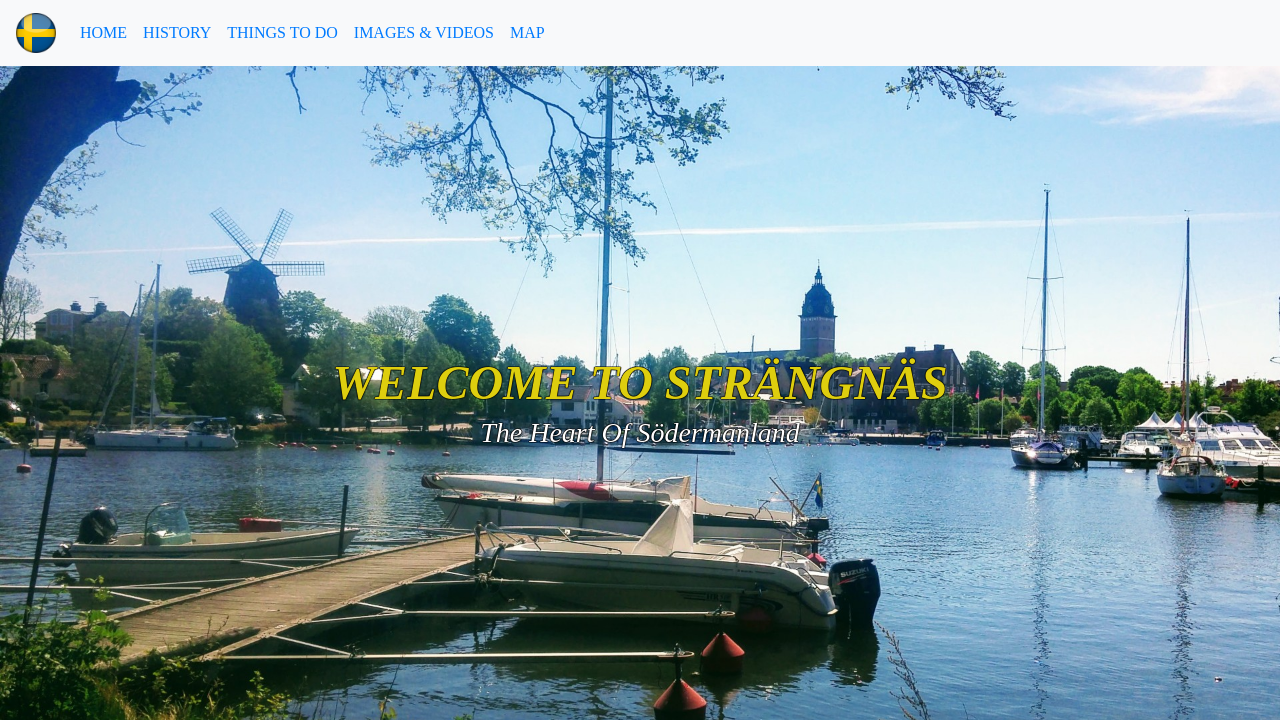
Repository: kososwede/first-project
Page: index.html
The author's editor kept a record of every edit. The page is drawn from the files as they stood at one moment, then again after the next edit.
The browser window is 1280 px wide. The pictures show the whole page.
An inner scrolling area shows only its first screen. Some web fonts or font styles are not loaded; a fallback is used. Some web libraries are served in a nearby version.

Above is the page before.

### index.html
<!DOCTYPE html>
<html lang="en">
<head>
  <meta charset="UTF-8">
  <meta name="viewport" content="width=device-width, initial-scale=1.0">
  <meta http-equiv="X-UA-Compatible" content="ie=edge">
  <link rel="stylesheet" href="https://stackpath.bootstrapcdn.com/bootstrap/4.3.1/css/bootstrap.min.css" integrity="sha384-ggOyR0iXCbMQv3Xipma34MD+dH/1fQ784/j6cY/iJTQUOhcWr7x9JvoRxT2MZw1T" crossorigin="anonymous">
  <link rel="stylesheet" href="https://stackpath.bootstrapcdn.com/font-awesome/4.7.0/css/font-awesome.min.css" type="text/css" />
  <link rel="stylesheet" href="https://cdnjs.cloudflare.com/ajax/libs/ionicons/2.0.1/css/ionicons.min.css">
  <link rel="stylesheet" href="https://cdnjs.cloudflare.com/ajax/libs/hover.css/2.3.1/css/hover-min.css" integrity="sha256-c+C87jupO1otD1I5uyxV68WmSLCqtIoNlcHLXtzLCT0=" crossorigin="anonymous" />
  <link rel="stylesheet" href="assets/css/style.css" type="text/css" />

  <title>Welcome To Strängnäs</title>

</head>

<body>



  <!--nav--->

  <nav class="navbar navbar-expand-lg navbar-light bg-light">
  <a class="navbar-brand" href="index.html"><img class="image-size" src="assets/images/sweden-flag-png-1.png"></img></a>
  <button class="navbar-toggler" type="button" data-toggle="collapse" data-target="#navbarNavAltMarkup" aria-controls="navbarNavAltMarkup" aria-expanded="false" aria-label="Toggle navigation">
    <span class="navbar-toggler-icon"></span>
  </button>
  <div class="collapse navbar-collapse" id="navbarNavAltMarkup">
    <div class="navbar-nav">
      <a class="nav-item nav-link text-primary" href="index.html">HOME<span class="sr-only">(current)</span></a>
      <a class="nav-item nav-link text-primary" href="history.html">HISTORY</a>
      <a class="nav-item nav-link text-primary" href="places.html">THINGS TO DO</a>
      <a class="nav-item nav-link text-primary" href="images+videos.html">IMAGES & VIDEOS</a>
      <a class="nav-item nav-link text-primary" href="map.html">MAP</a>
    </div>
  </div>
</nav>

<!--main-->

<header class="masthead d-flex">
    <div class="container text-center my-auto">
      <h1 class="heading mb-1">WELCOME TO STRÄNGNÄS</h1>
      <h3 class="sub-heading mb-5">
        <em>The Heart Of Södermanland</em>
      </h3>
</div>
</header>

<!--footer-->

<div class="footer-basic">
    <footer>
      <div class="social"><a href="#"><i class="icon ion-social-instagram"></i></a><a href="#"><i class="icon ion-social-snapchat"></i></a><a href="#"><i class="icon ion-social-twitter"></i></a><a href="#"><i class="icon ion-social-facebook"></i></a></div>
      <h2>For more information about Strängnäs and the surrounding area search for "Södermanland" in the social media links above or enter your Email below to receive up to date offers and discounts on activities and restaurants in the whole of Södermanland.</h3>
        <form class="form-inline justify-content-center">
          <div class="form-group">
            <input type="email" class="form-control" id="email" aria-describedby="emailHelp" placeholder="Enter email">
            <button type="submit" class="btn btn-primary">Submit</button>
          </div>
        </form>

    </footer>
    <p class="copyright">Chris McIlgrew © 2019</p>

  </div>






    <script src="https://cdnjs.cloudflare.com/ajax/libs/jquery/3.2.1/jquery.min.js"></script>
    <script src="https://cdnjs.cloudflare.com/ajax/libs/twitter-bootstrap/4.1.3/js/bootstrap.bundle.min.js"></script>
</body>






</body>
</html>

### assets/css/style.css
@import url('https://fonts.googleapis.com/css?family=Sniglet&display=swap');
@import url('https://fonts.googleapis.com/css?family=Courgette&display=swap');
@import url('https://fonts.googleapis.com/css?family=DM+Serif+Display&display=swap');
body,
html {
    width: 100%;
    height: 100%;
    overflow-x: hidden;
    background-color:#f8f9fa;

}

body {
    font-family: 'Source Sans Pro';
   }


 /*-------------------------------------navbar--------------------*/
 navbar {
     margin-right: 10px;
 }


.image-size {
    height: 40px;
}

/*------------------------------------landing page------------*/

.masthead {
    min-height: 30rem;
    position: relative;
    display: table;
    width: 100%;
    height: 100%;
    padding-top: 0rem;
    padding-bottom: 0rem;
    background: -webkit-gradient(linear, left top, right top, from(rgba(255, 255, 255, 0.1)), to(rgba(255, 255, 255, 0.1))), url("../images/viewofstrangnas1.jpg");
    background: linear-gradient(90deg, rgba(255, 255, 255, 0.1) 0%, rgba(255, 255, 255, 0.1) 100%), url("../images/viewofstrangnas1.jpg");
    background-image: url(../images/viewofstrangnas1.jpg);
    background-position: center center;
    background-repeat: no-repeat;
    background-size: cover;

}

h1 {
    font-weight: bolder;
    color: #dece0e;
    text-shadow: #000 0px 0px 1px, #000 0px 0px 1px, #000 0px 0px 1px,
    #000 0px 0px 1px, #000 0px 0px 1px, #000 0px 0px 1px;
    font-size: 3rem;

}

h3 {
    color: #fff;
    text-shadow: #000 0px 0px 1px, #000 0px 0px 1px, #000 0px 0px 1px,
    #000 0px 0px 1px, #000 0px 0px 1px, #000 0px 0px 1px;
}

#container {
    padding: 10px;
    margin-left: 0px;
    margin-right: 0px;
    display: inline-block;
    text-align: center;
    width: 100%;

}
p {
    font-weight: bold;
    padding-top: 20px;
    padding-left: 25px;
    padding-right: 25px;
}

hr {
    width: 50%;
}

/*-------------------------------------history*/

.history {
    color: #f8f9fa;
    background-color: #56b3fc;
    text-align: center;
    margin-top: 50px;
}

.history-sub-head1 {
   font-family: 'DM Serif Display', serif;
    padding-left: 10px;
    padding-top: 20px;
    font-size: 35px;
    color: #56b3fc ;
     text-shadow: -1px 0 black, 0 1px black, 1px 0 black, 0 -1px black;
}








/*-------------------------------------places-------------------------*/

.to-do {
    color: #f8f9fa;
    background-color: #56b3fc;
    text-align: center;
    margin-top: 50px;

}

.to-do-sub-head1 {
    font-family: 'DM Serif Display', serif;
    padding-left: 10px;
    padding-top: 20px;
    font-size: 35px;
    color: #56b3fc ;
     text-shadow: -1px 0 black, 0 1px black, 1px 0 black, 0 -1px black;
}



.img-fluid {
    width: 100%;
    height: auto;
}



.col-md-6 {
    padding-top: 20px;
    padding-right: 15px;
    text-align: center;


}




/*-------------------------------------images videos-------------------------*/


/* Style the button and place it in the middle of the container/image */


img .btn {
  position: absolute;
  top: 50%;
  left: 50%;
  transform: translate(-50%, -50%);
  -ms-transform: translate(-50%, -50%);
  background-color: #D5D0CD;
  color: #f8f9fa;
  font-size: 16px;
  padding: 12px 24px;
  border: none;
  cursor: pointer;
  border-radius: 5px;
}

/* Container needed to position the button. Adjust the width as needed */
.container {
  position: relative;
  width: 100%;
   text-align: center;
}
div .container {
   padding-right: 0px;
    padding-left: 0px;
    margin: 0px;
    text-decoration: none;
     background-color: #f8f9fa;
}

/* Make the image responsive */
.container img {
  width: 100%;
  height: auto;
  background-color: #f8f9fa;

}

/* Style the button and place it in the middle of the container/image */
.container .btn {
  position: absolute;
  top: 50%;
  left: 50%;
  transform: translate(-50%, -50%);
  -ms-transform: translate(-50%, -50%);
  background-color: #F9F3F0;
  color: white;
  font-size: 16px;
  padding: 12px 24px;
  border: none;
  cursor: pointer;
  border-radius: 5px;
  transition: ease-in-out;
  transition-duration: 0.5s;
  font-weight: 500;
}

.container .btn:hover {
  background-color: #D5D0CD;


}
.imagesvideos {
    color: #f8f9fa;
    background-color: #56b3fc;
    text-align: center;
    margin-top: 50px;
    }

.col-sm-12 .col-md-6 {
    margin: 5px;
    padding: 20px 15px 0;

}

.col-sm-6 {

    padding-top: 20px;
    padding-right: 15px;
    text-align: center;
}


.embed-responsive-item {
    padding: 20px 15px 0;
}



/*----------------------------------------map-------------------------------*/

.map-container-4{
overflow:hidden;
padding-bottom:56.25%;
position:relative;
height:0;
}
.map-container-4 iframe{
left:0;
top:0;
height:100%;
width:100%;
position:absolute;
}

/*-----------------------------------------footer--*/

.footer-basic {
    padding: 0px 0;
    background-color: #f8f9fa;
    color: #4b4c4d;
}

.footer-basic ul {
    padding-left: 50px;
    padding-right: 50px;
    list-style: none;
    text-align: center;
    font-size: 18px;
    line-height: 1.6;
    margin-bottom: 0;
}

.footer-basic li {
    padding: 0 10px;
}

.footer-basic ul a {
    color: inherit;
    text-decoration: none;
    opacity: 0.8;
}

.footer-basic ul a:hover {
    opacity: 1;
}

.footer-basic .social {
    text-align: center;
    padding-bottom: 25px;
    padding-top: 25px;
}

.footer-basic .social>a {
    font-size: 24px;
    width: 40px;
    height: 40px;
    line-height: 40px;
    display: inline-block;
    text-align: center;
    border-radius: 50%;
    border: 1px solid #ccc;
    margin: 0 8px;
    color: inherit;
    opacity: 0.75;

}

.footer-basic .social>a:hover {
    opacity: 0.9;
}

.footer-basic .copyright {
    margin-top: 15px;
    text-align: center;
    font-size: 13px;
    color: #aaa;
    margin-bottom: 0;
    padding-bottom: 15px;
}

.footer-basic h2 {
    font-size: 25px;
    font-style: italic;
    margin-left: 50px;
    margin-right: 50px;
    text-align: center;
}

btn {
    margin-top: 0;
}

.text-center {
    font-style: italic;
    color:#56b3fc;
}

After the next edit:
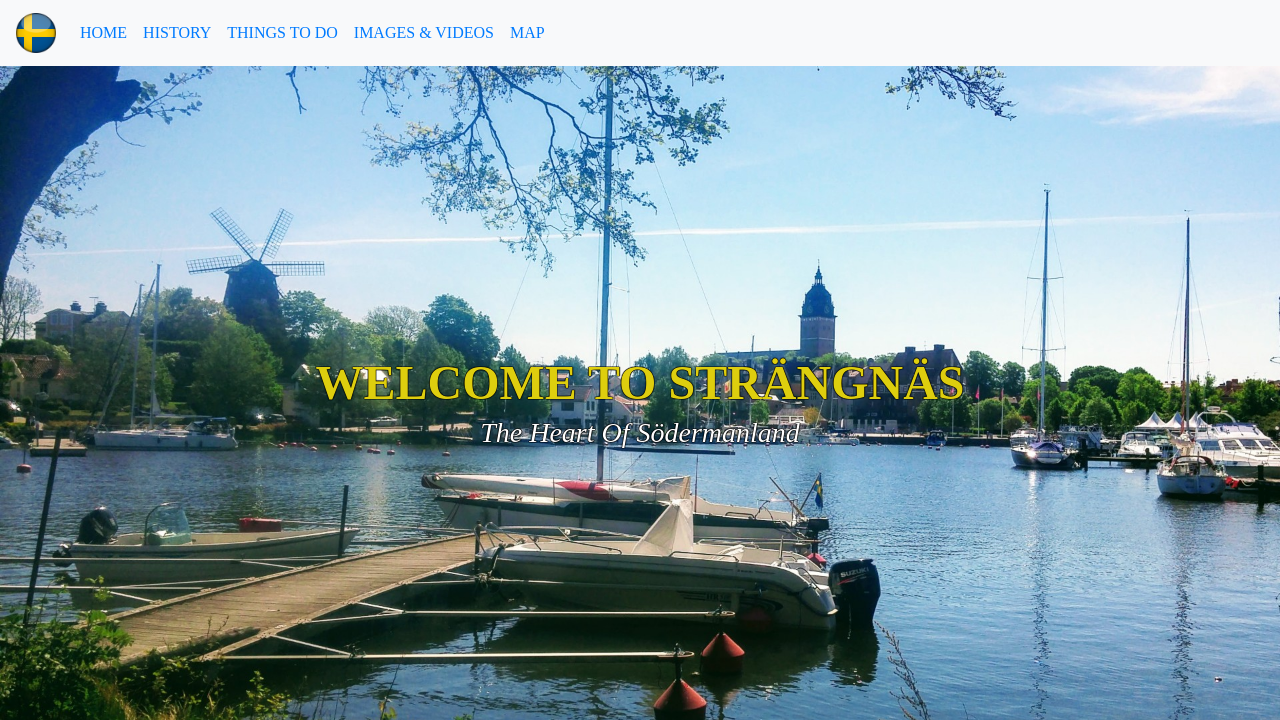
The edit:
--- a/assets/css/style.css
+++ b/assets/css/style.css
@@ -330,8 +330,3 @@
 btn {
     margin-top: 0;
 }
-
-.text-center {
-    font-style: italic;
-    color:#56b3fc;
-}
